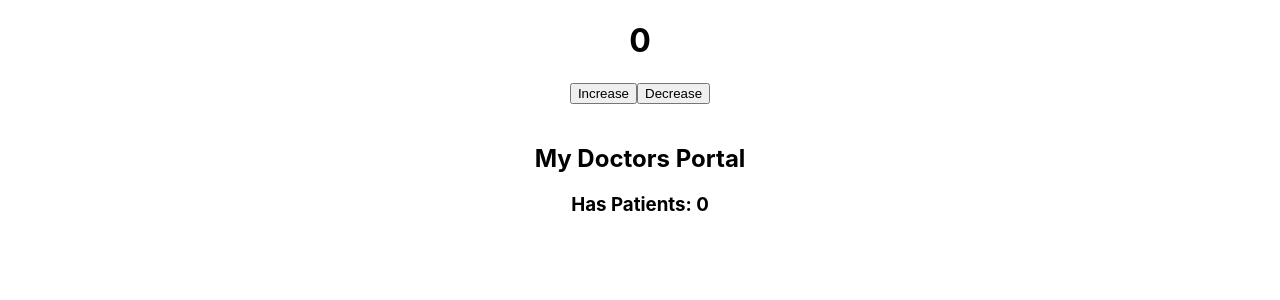
Repository: Sharif-00112/exploring-redux-useReducer
Page: /
These files come from the project's save history. The page is drawn as it stood at one moment and after the next save; the edit follows.
The browser window is 1280 px wide. The pictures show the whole page.
The project was rebuilt for these pictures with package versions that can differ from the ones it lists, and the page was loaded fresh each time.

Above is the page before, as saved 2023-01-09 22:29:08.

### src/App.js
// import { useState } from 'react';
// import { useReducer } from 'react';
import './App.css';
import Count from './Components/Count';
import Portal from './Components/Portal';

function App() {
  // useState example
  // const [users, setUsers] = useState([]);

  // useReducer example
  // const [ state, dispatch ] = useReducer(countReducer, countState);

  return (
    <div className="App">
      <Count></Count>
      <br />
      <Portal></Portal>
    </div>
  );
}

export default App;

### src/Components/Count.js
import React, { useReducer } from 'react';

const countState = {
    count: 0,
    clicks: 0,
    users: [],
    active: true
}

const countReducer = (state, action) => {
    switch (action.type) {
        case 'increment':
            return {
                ...state,
                count: state.count + 1
            };
        case 'decrement':
            return {
                ...state,
                count: state.count - 1
            };
        default:
        //   throw new Error();
            return state;
    }
}

const Count = () => {
    const [ state, dispatch ] = useReducer(countReducer, countState);

    return (
        <div>
            <h1>{state.count}</h1>
            <button onClick={ () => dispatch({type: 'increment'})}>Increase</button>
            <button onClick={ () => dispatch({type: 'decrement'})}>Decrease</button>
        </div>
    );
};

export default Count;

### src/Components/Portal.js
import React, { useReducer } from 'react';
import { portalReducer } from '../reducers/portalReducer';
import { portalState } from '../store/portalStore';

// here, reducer and state are in different page

const Portal = () => {
    const [state, dispatch] = useReducer(portalReducer, portalState);

    return (
        <div>
            <h2>My Doctors Portal</h2>
            <h3>Has Patients: {state.patients.length}</h3>
        </div>
    );
};

export default Portal;

### src/reducers/portalReducer.js
export const portalReducer = (state, action) => {
    switch (action.type) {
        case 'increment':
            return {
                ...state,
                count: state.count + 1
            };
        case 'decrement':
            return {
                ...state,
                count: state.count - 1
            };
        default:
        //   throw new Error();
            return state;
    }
}

### src/store/portalStore.js
export const portalState = {
    doctors: [],
    patients: [],
    appointments: [],
    admin: [],
    isOpen: true
}

Loaded but not shown: public/index.html (common file); src/index.js (common file); src/index.css (common file); src/reportWebVitals.js (common file); src/App.css (common file)

After the next save:
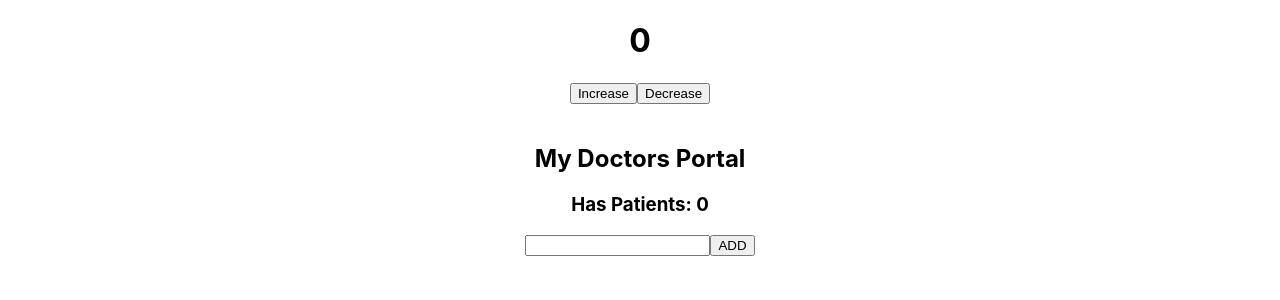
Saved 3 min 48 s later.
--- a/src/Components/Portal.js
+++ b/src/Components/Portal.js
@@ -1,16 +1,22 @@
-import React, { useReducer } from 'react';
+import React, { useReducer, useState } from 'react';
 import { portalReducer } from '../reducers/portalReducer';
 import { portalState } from '../store/portalStore';
 
 // here, reducer and state are in different page
 
 const Portal = () => {
+    // complex state using useReducer
     const [state, dispatch] = useReducer(portalReducer, portalState);
+
+    // simple state using useState
+    const [name, setName] = useState('');
 
     return (
         <div>
             <h2>My Doctors Portal</h2>
             <h3>Has Patients: {state.patients.length}</h3>
+            <input type="text" name="" id="" onChange={(e)=> setName(e.target.value)} />
+            <button>ADD</button>
         </div>
     );
 };
